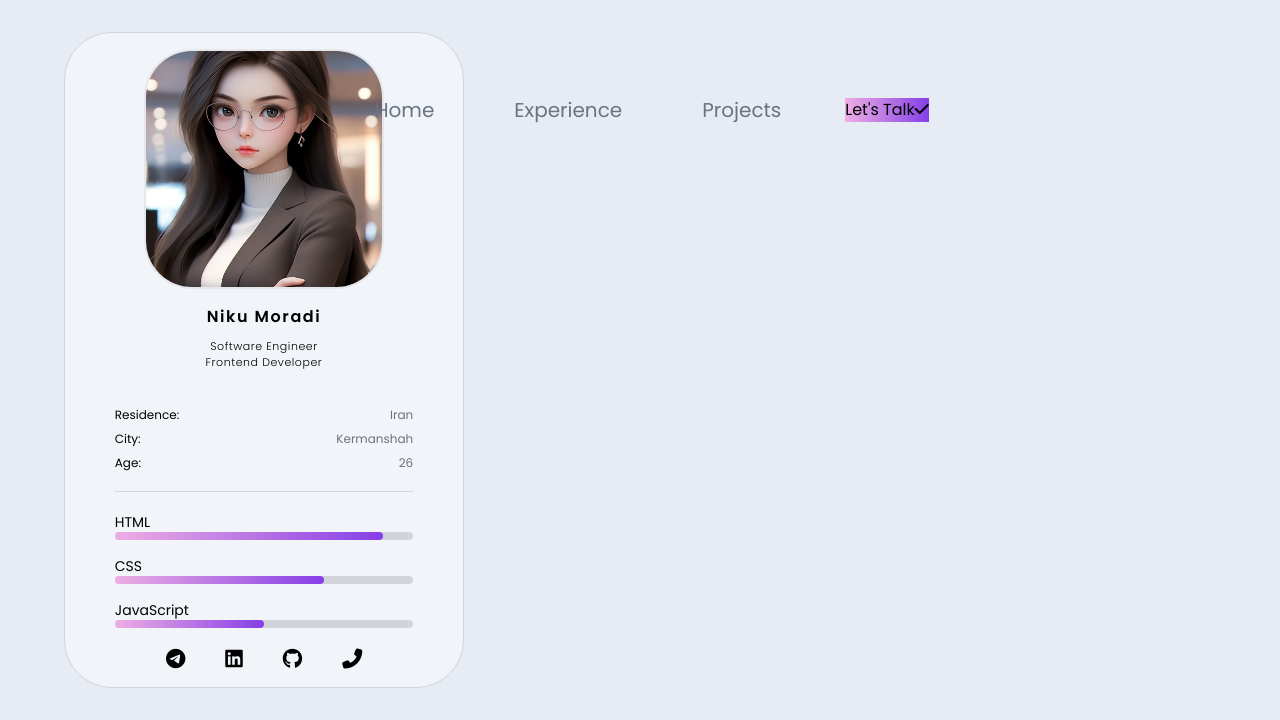
Repository: NikuMoradi/niku-moradi
Page: /
The author's editor kept a copy of each file at every save. The page is drawn from the files as they stood at one save, then again after the next save.
The browser window is 1280 px wide. The pictures show the whole page.
The project was rebuilt for these pictures with package versions that can differ from the ones it lists, and the page was loaded fresh each time. The framework's server and built-in components were replaced by stand-ins that run in the browser. Also part of the build but not shown: nuxt.config.ts, components/Blog Posts/Component-Design.vue, components/Blog.vue, components/Contact.vue, components/Education.vue, components/Experience.vue, components/Hero.vue, components/Menu.vue and 3 more.

Above is the page before, as saved 2024-12-01 11:52:52.

After the next save:
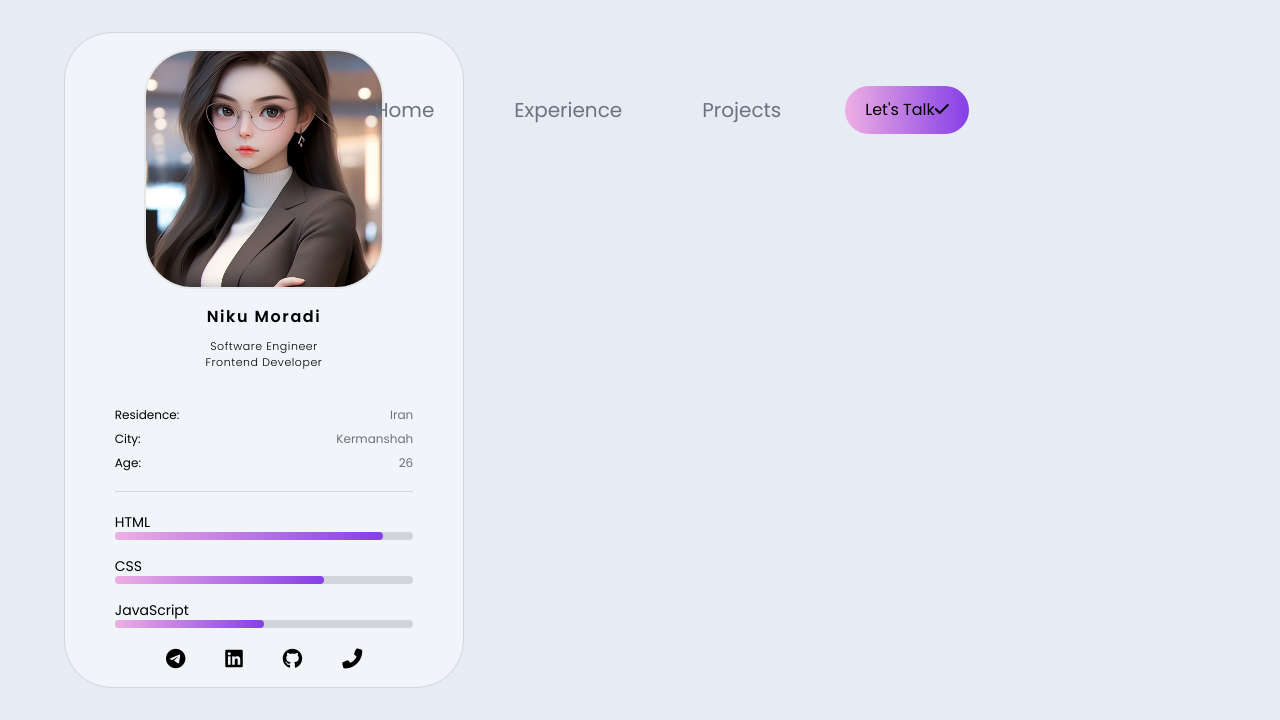
Saved 30 s later.
--- a/components/Navbar.vue
+++ b/components/Navbar.vue
@@ -30,7 +30,7 @@
       Projects
     </NuxtLink>
     <!-- Blog -->
-    <button class="bg-primary-gradient">
+    <button class="py-3 px-5 rounded-3xl bg-primary-gradient">
       <span>Let's Talk</span>
       <i class="fa fa-check"></i>
     </button>
